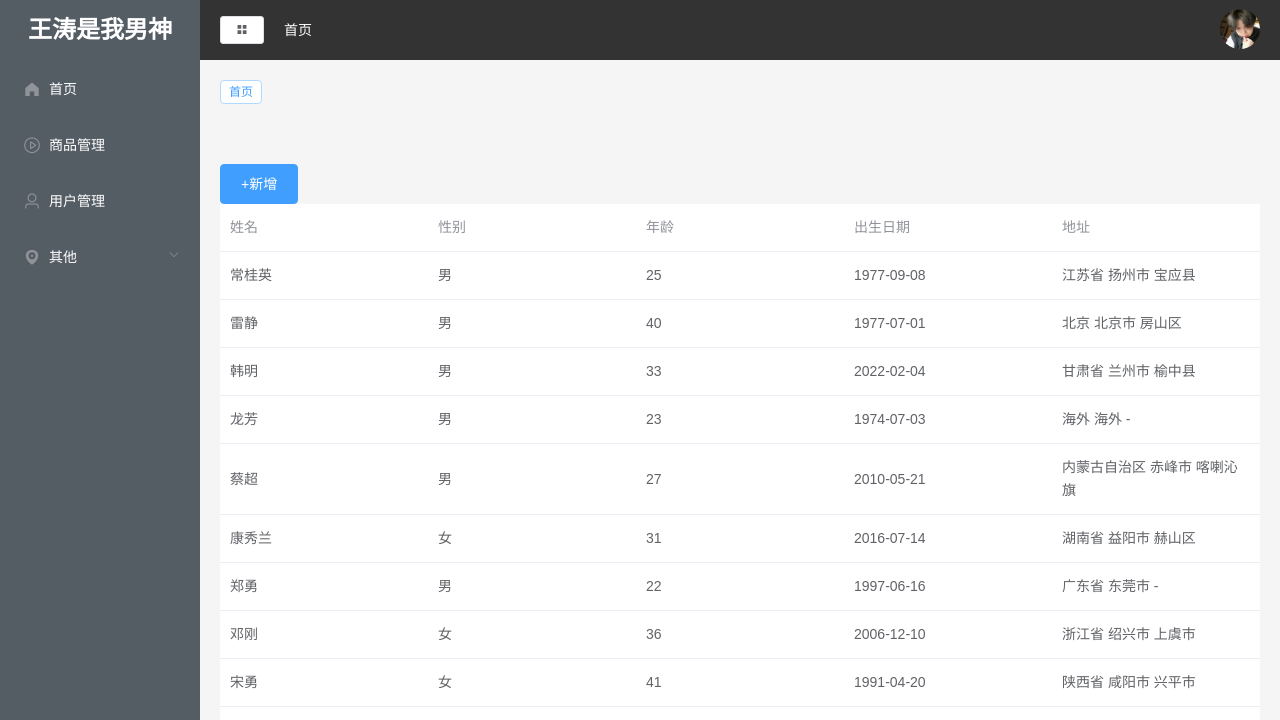
Repository: wangtao20230308/-
Page: /user
The author's editor kept a copy of each file at every save. The page is drawn from the files as they stood at one save, then again after a run of saves.
The browser window is 1280 px wide. The pictures show the whole page.
An inner scrolling area shows only its first screen. The project was rebuilt for these pictures with package versions that can differ from the ones it lists, and the page was loaded fresh each time. Also part of the build but not shown: src/views/Home.vue, src/views/Mall.vue, src/views/PageOne.vue, src/views/PageTwo.vue.

Above is the page before, as saved 2023-03-24 15:24:21.

After the next 3 saves:
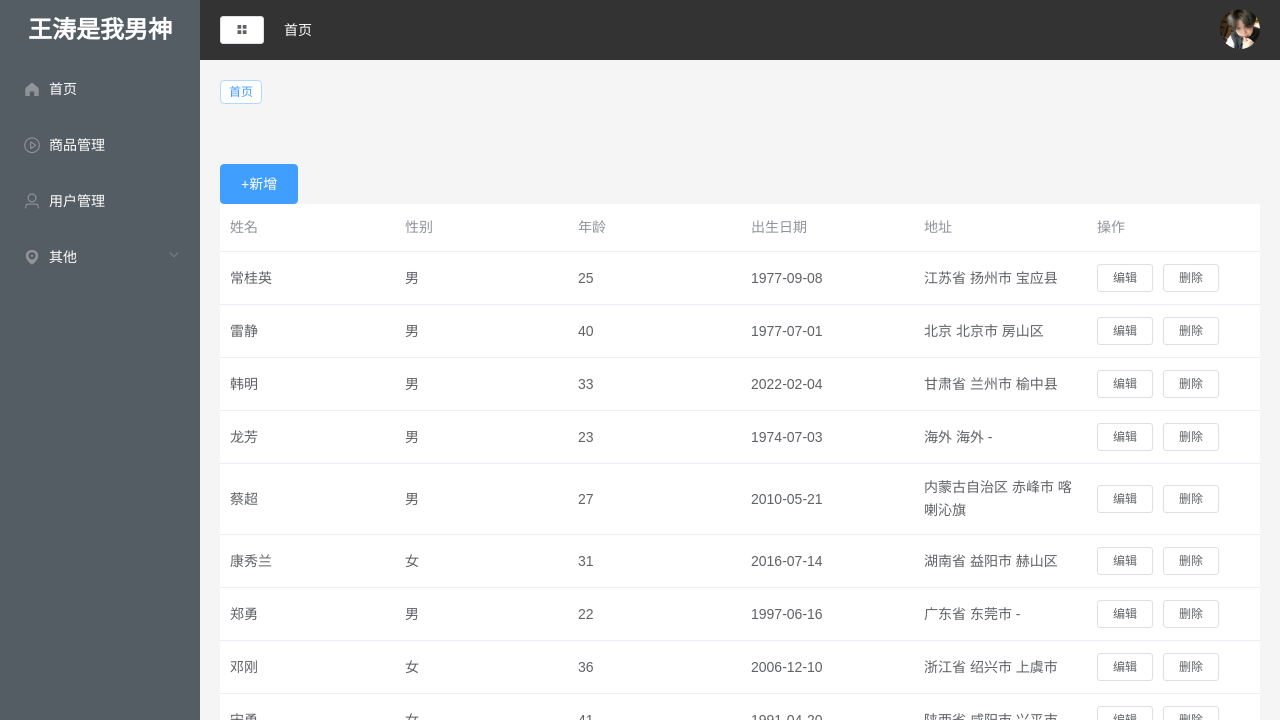
The 3 saves are shown as one change because 2 did not build or start.
The last was saved 8 min 4 s later.
--- a/src/views/User.vue
+++ b/src/views/User.vue
@@ -41,6 +41,12 @@
         <el-table-column prop="age" label="年龄"> </el-table-column>
         <el-table-column prop="birth" label="出生日期"> </el-table-column>
         <el-table-column prop="addr" label="地址"> </el-table-column>
+        <el-table-column prop="action" label="操作">
+          <template slot-scope="scope">
+            <el-button size="mini" @click="handleEidt(scope.row)">编辑</el-button>
+            <el-button size="mini" @click="handleDelete(scope.row)">删除</el-button>
+          </template>
+        </el-table-column>
       </el-table>
     </div>
   </div>
@@ -96,6 +102,12 @@ export default {
     //   this.$refs.form.resetFields()
     //   this.dialogVisible = false
     // },
+    handleEidt(rowData) {
+      console.log(rowData)
+    },
+    handleDelete(rowData) {
+      console.log(rowData)
+    },
   },
   mounted() {
     // 获取列表数据
